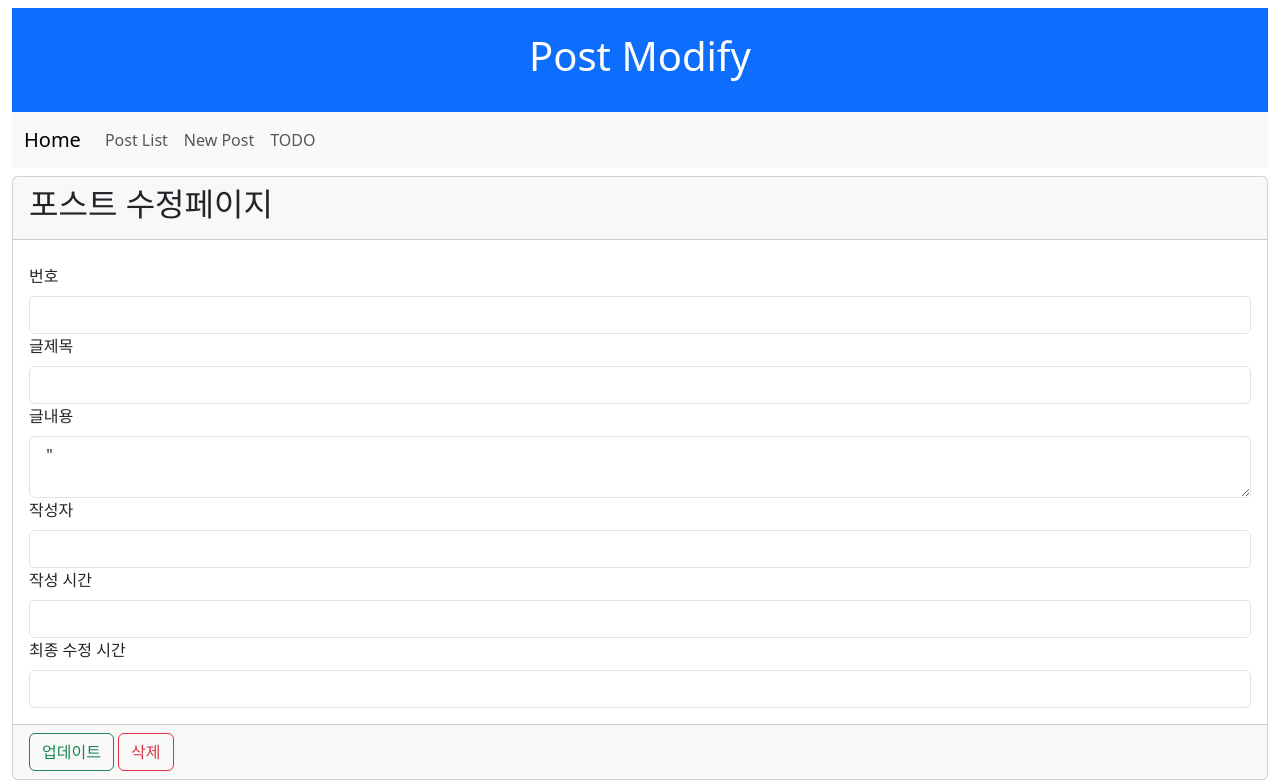
Repository: ldj0905/javaproject
Page: http://localhost/lab05_jsp/WEB-INF/views/post/modify.jsp
The author's editor kept a copy of each file at every save. The page is drawn from the files as they stood at one save, then again after the next save.
The browser window is 1280 px wide. The pictures show the whole page.
The page is served by Tomcat 10. Nobody is signed in. The template is opened directly, without the code that normally fills it, so the values that code supplies are empty.

Above is the page before, as saved 2024-05-30 05:11:00.
Console error: TypeError: Cannot read properties of undefined (reading 'querySelector')

After the next save:
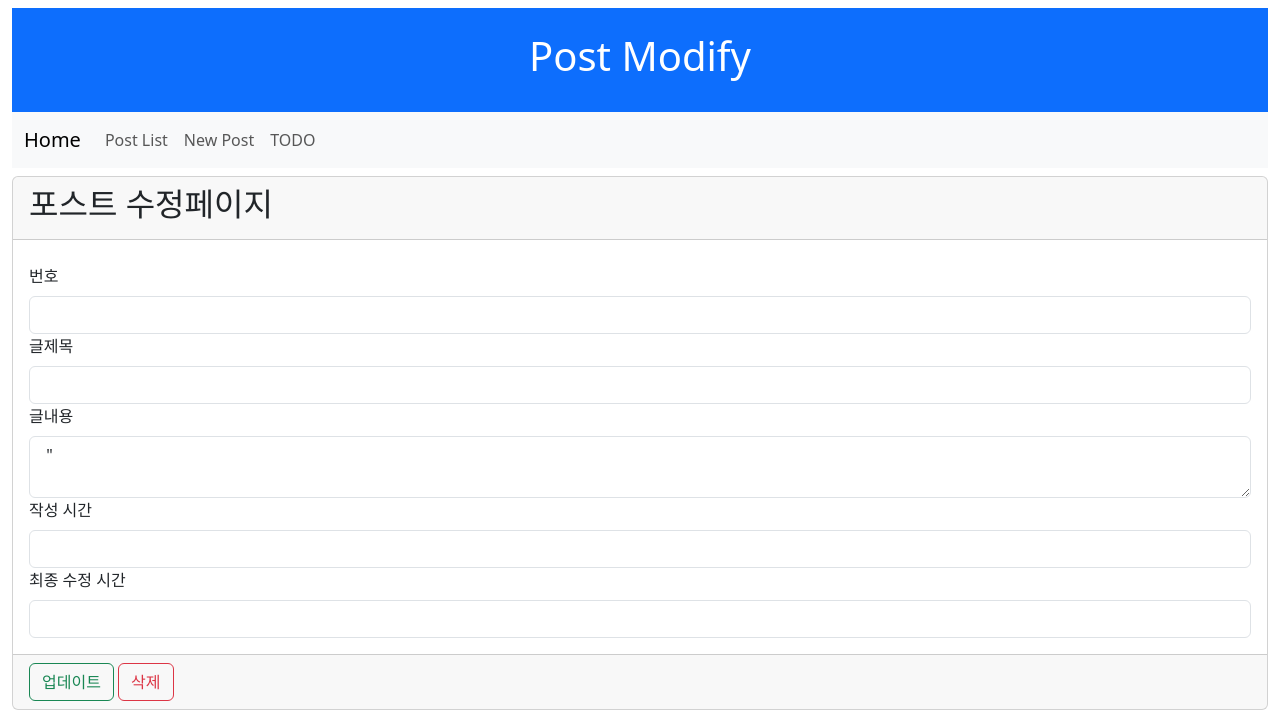
Saved 81 s later.
--- a/lab05_jsp/src/main/webapp/WEB-INF/views/post/modify.jsp
+++ b/lab05_jsp/src/main/webapp/WEB-INF/views/post/modify.jsp
@@ -42,7 +42,7 @@
                             <textarea name = "content"id="content" class="form-control"
                                 > ${post.content}" </textarea>
                         </div>
-                        <div>
+                        <div class = "mt-2 d-none">
                             <label for="author" class="form-label">작성자</label>
                             <input id="author" class="form-control"
                                 type="text" value="${post.author}"  readonly
